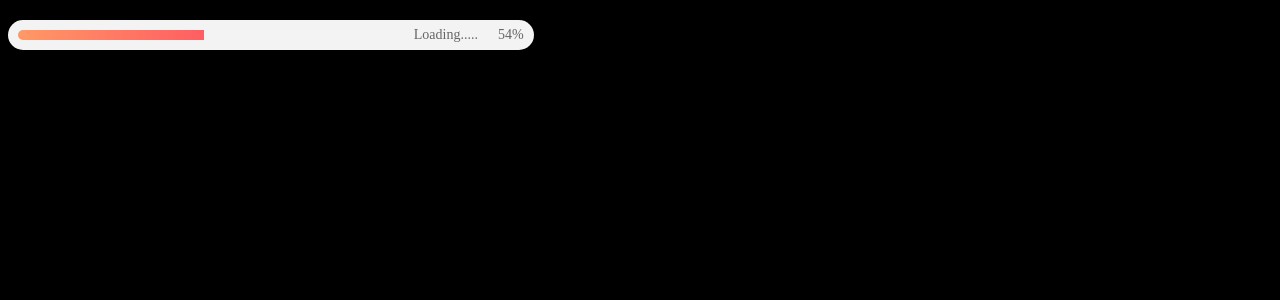
Repository: sriram1224/Loading_bar
Page: /
The author's editor kept a copy of each file at every save. The page is drawn from the files as they stood at one save, then again after the next save.
The browser window is 1280 px wide. The pictures show the whole page.
The project was rebuilt for these pictures with package versions that can differ from the ones it lists, and the page was loaded fresh each time. Also part of the build but not shown: src/App.css.

Above is the page before, as saved 2024-04-22 04:38:45.

### src/index.css
body{

  background-color:black;
  align-items: center;
}
.progress-bar-container {
  width: 40%;
  height: 30px;
  background-color: #f3f3f3;
  border-radius: 50px;
  box-shadow: 0 1px 3px rgba(0, 0, 0, 0.2);
  margin: 20px 0;
  display: flex;
  align-items: center;
  justify-content: space-between;
  padding: 0 10px;
}

.progress-bar {
  width: 100%;
  height: 10px;
  border-radius: 50px;
  overflow: hidden;
}

.progress {
  height: 100%;
  background: linear-gradient(to right, #ff9966 0%, #ff5e62 100%);
  transition: width 0.4s ease-in-out;
}

.status {
  margin-left: 20px;
  font-size: 14px;
  color: #666;
}

.percentage {
  margin-left: 20px;
  font-size: 14px;
  color: #666;
}

### src/App.js
import logo from './logo.svg';
import './App.css';
import LocalTasker from './loader';
function App() {
  return (
    <div>
      <LocalTasker />
    </div>
  );
}

export default App;

### src/loader.js
import React, { useState, useEffect } from 'react';

const ProgressBar = () => {
  const [progress, setProgress] = useState(0);
  const [status, setStatus] = useState('Loading.....');

 useEffect(() => {
  const interval = setInterval(() => {
    if (progress < 100) {
      setProgress(prevProgress => {
        const nextProgress = prevProgress + 1;
        return nextProgress > 100 ? 100 : nextProgress;
      });
    } else {
      clearInterval(interval);
      setStatus('Completed');
    }
  }, 100);

  return () => clearInterval(interval);
}, [progress]); // Include progress in the dependency array

  return (
    <div className="progress-bar-container">
      <div className="progress-bar">
        <div className="progress" style={{ width: `${progress}%` }} />
      </div>
      <div className="status">
        {status}
      </div>
      <div className="percentage">{progress}%</div>
    </div>
  );
};

export default ProgressBar;

Loaded but not shown: public/index.html (common file); src/index.js (common file); src/reportWebVitals.js (common file)

After the next save:
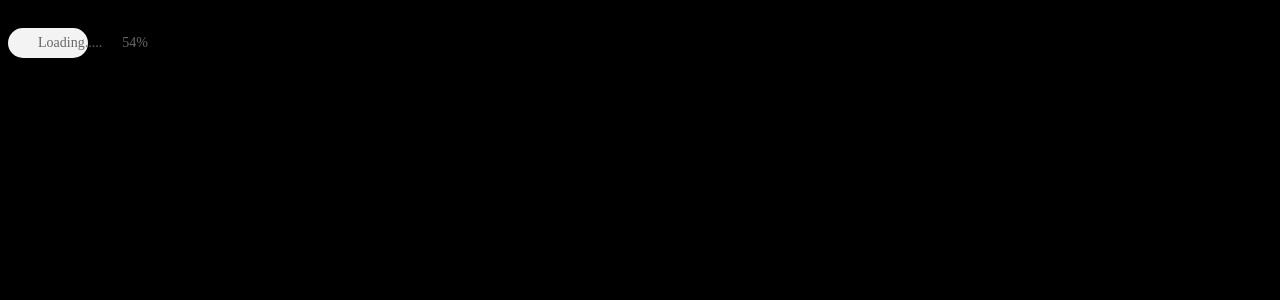
Saved 25 s later.
--- a/src/index.css
+++ b/src/index.css
@@ -1,7 +1,7 @@
 body{
 
   background-color:black;
-  align-items: center;
+  display: flex;
 }
 .progress-bar-container {
   width: 40%;

After the save that followed:
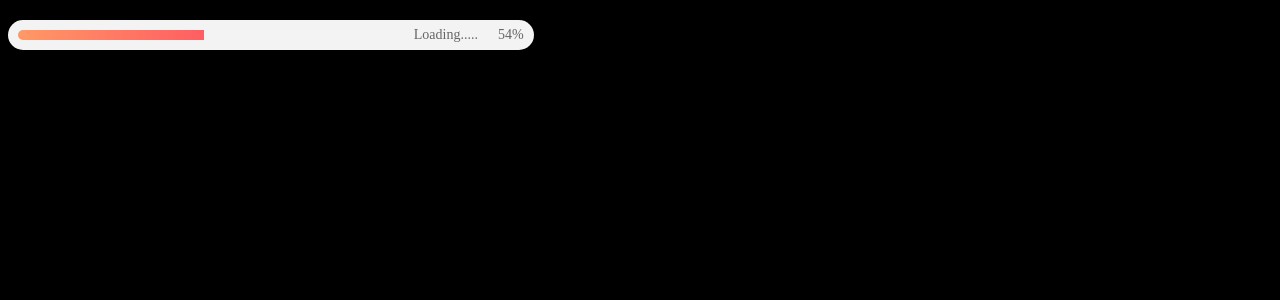
Saved 5 s later.
--- a/src/index.css
+++ b/src/index.css
@@ -1,7 +1,7 @@
 body{
 
   background-color:black;
-  display: flex;
+
 }
 .progress-bar-container {
   width: 40%;
